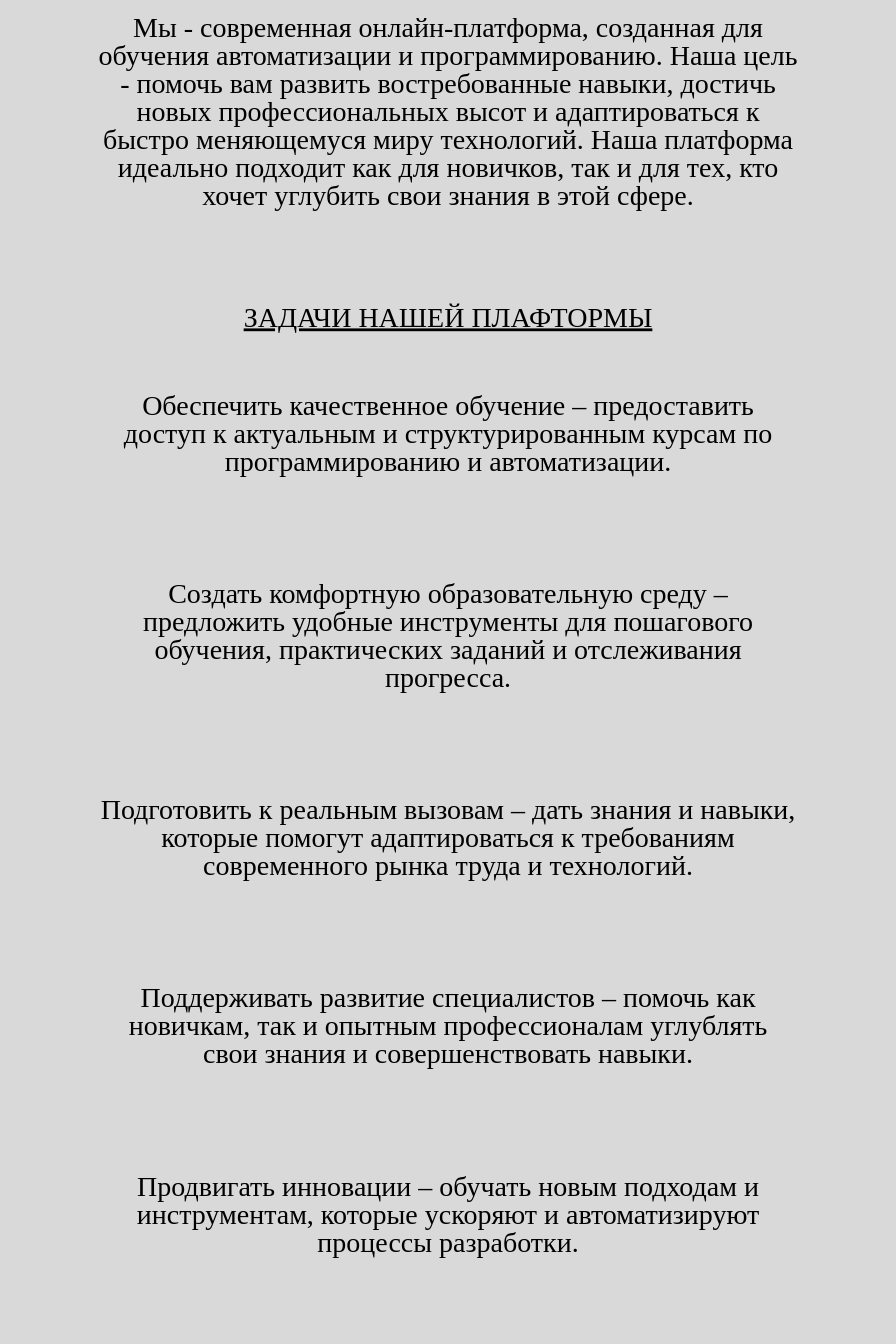
Repository: marjango/course
Page: /aboutus
The author's editor kept a copy of each file at every save. The page is drawn from the files as they stood at one save, then again after the next save.
The browser window is 1280 px wide. The pictures show the part of the page from y = 1493 to 3413 px (the page is 3413 px tall before and 2790 px after), at 70% of full size.
The project was rebuilt for these pictures with package versions that can differ from the ones it lists, and the page was loaded fresh each time. The framework's server and built-in components were replaced by stand-ins that run in the browser. Also part of the build but not shown: next.config.ts.

Above is the page before, as saved 2025-03-26 22:29:37.

After the next save:
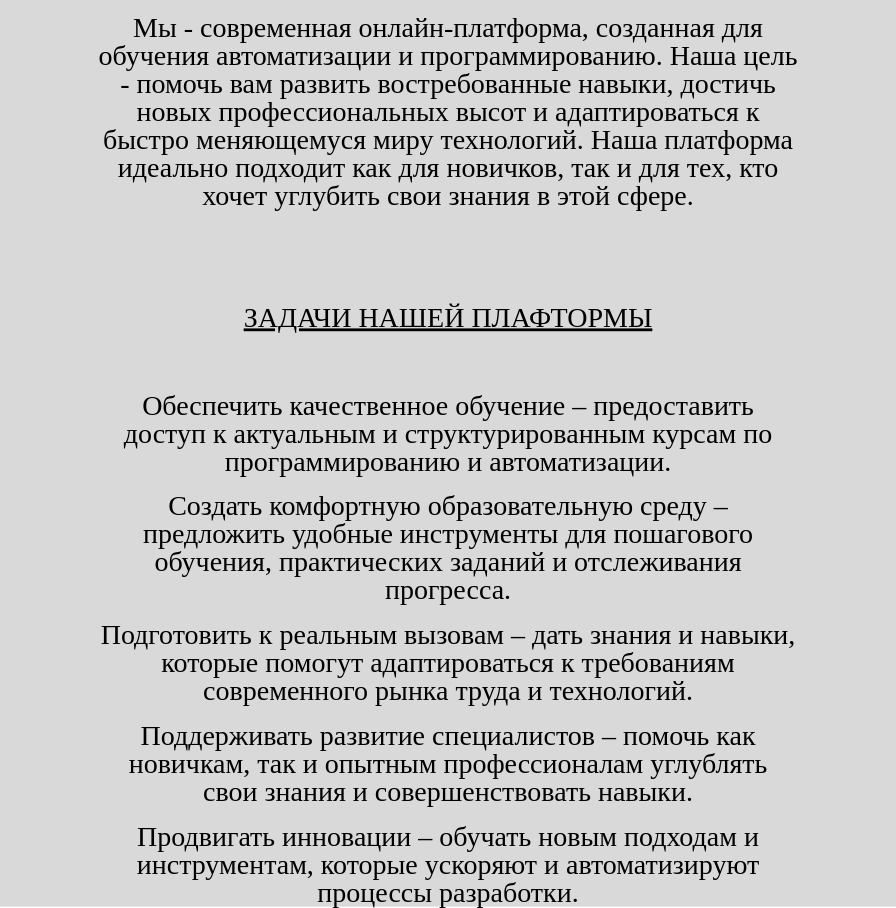
Saved 37 s later.
--- a/app/aboutus/aboutus.module.css
+++ b/app/aboutus/aboutus.module.css
@@ -98,9 +98,10 @@
     font-size: 40px;
     line-height: 40px;
     text-align: center;
-    margin-bottom: 125px;
+
 }
 .aims h3{
+    margin-top: 125px;
     font-size: 40px;
     margin-bottom: 75px;
     text-decoration: underline;
